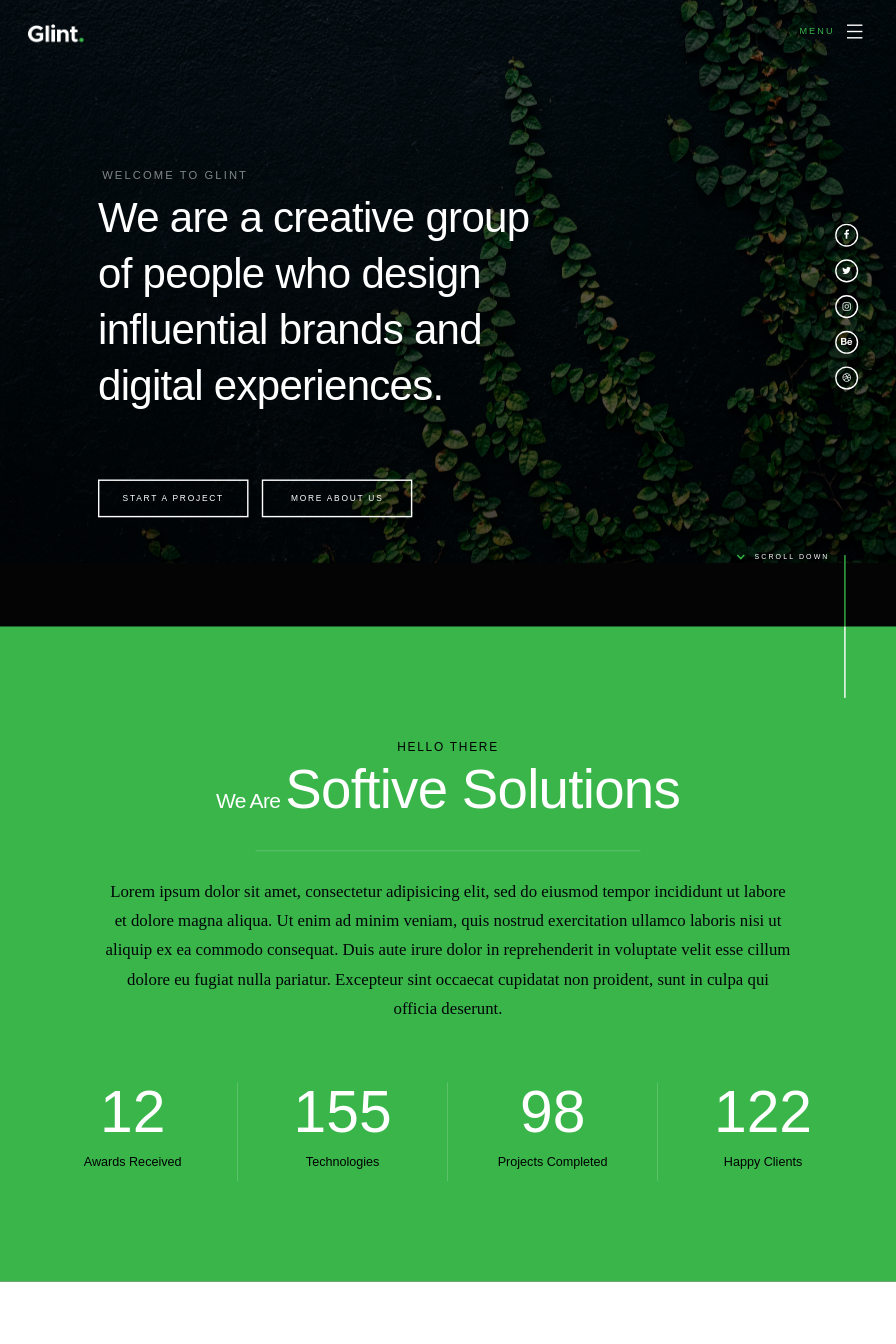
Repository: ahsankalim09/light-Agency
Page: index.html
These files come from the project's save history. The page is drawn as it stood at one moment and after the next save; the edit follows.
The browser window is 1280 px wide. The pictures show the part of the page from y = 0 to 1920 px (the page is 8556 px tall), at 70% of full size.
Some web fonts or font styles are not loaded; a fallback is used.

Above is the page before, as saved 2020-12-27 18:57:29.

### index.html
<!DOCTYPE html>
<!--[if lt IE 9 ]><html class="no-js oldie" lang="en"> <![endif]-->
<!--[if IE 9 ]><html class="no-js oldie ie9" lang="en"> <![endif]-->
<!--[if (gte IE 9)|!(IE)]><!-->
<html class="no-js" lang="en">
<!--<![endif]-->

<!-- Mirrored from preview.colorlib.com/theme/glint/ by HTTrack Website Copier/3.x [XR&CO'2014], Sun, 27 Dec 2020 13:01:51 GMT -->
<head>

<meta charset="utf-8">
<title>Glint</title>
<meta name="description" content="">
<meta name="author" content="">

<meta name="viewport" content="width=device-width, initial-scale=1">

<link rel="stylesheet" href="css/base.css">
<link rel="stylesheet" href="css/vendor.css">
<link rel="stylesheet" href="css/main.css">

<script src="js/modernizr.js"></script>
<script src="js/pace.min.js"></script>

<link rel="shortcut icon" href="favicon.ico" type="image/x-icon">
<link rel="icon" href="favicon.ico" type="image/x-icon">
</head>
<body id="top">

<header class="s-header">
<div class="header-logo">
<a class="site-logo" href="index-2.html">
<img src="images/logo.png" alt="Homepage">
</a>
</div>
<nav class="header-nav">
<a href="#0" class="header-nav__close" title="close"><span>Close</span></a>
<div class="header-nav__content">
<h3>Navigation</h3>
<ul class="header-nav__list">
<li class="current"><a class="smoothscroll" href="#home" title="home">Home</a></li>
<li><a class="smoothscroll" href="#about" title="about">About</a></li>
<li><a class="smoothscroll" href="#services" title="services">Services</a></li>
<li><a class="smoothscroll" href="#works" title="works">Works</a></li>
<li><a class="smoothscroll" href="#clients" title="clients">Clients</a></li>
<li><a class="smoothscroll" href="#contact" title="contact">Contact</a></li>
</ul>
<p>Perspiciatis hic praesentium nesciunt. Et neque a dolorum <a href='#0'>voluptatem</a> porro iusto sequi veritatis libero enim. Iusto id suscipit veritatis neque reprehenderit.</p>
<ul class="header-nav__social">
<li>
<a href="#"><i class="fa fa-facebook"></i></a>
</li>
<li>
<a href="#"><i class="fa fa-twitter"></i></a>
</li>
<li>
<a href="#"><i class="fa fa-instagram"></i></a>
</li>
<li>
<a href="#"><i class="fa fa-behance"></i></a>
</li>
<li>
<a href="#"><i class="fa fa-dribbble"></i></a>
</li>
</ul>
</div>
</nav>
<a class="header-menu-toggle" href="#0">
<span class="header-menu-text">Menu</span>
<span class="header-menu-icon"></span>
</a>
</header>

<section id="home" class="s-home target-section" data-parallax="scroll" data-image-src="images/hero-bg.jpg" data-natural-width=3000 data-natural-height=2000 data-position-y=center>
<div class="overlay"></div>
<div class="shadow-overlay"></div>
<div class="home-content">
<div class="row home-content__main">
<h3>Welcome to Glint</h3>
<h1>
We are a creative group <br>
of people who design <br>
influential brands and <br>
digital experiences.
</h1>
<div class="home-content__buttons">
<a href="#contact" class="smoothscroll btn btn--stroke">
Start a Project
</a>
<a href="#about" class="smoothscroll btn btn--stroke">
More About Us
</a>
</div>
</div>
<div class="home-content__scroll">
<a href="#about" class="scroll-link smoothscroll">
<span>Scroll Down</span>
</a>
</div>
<div class="home-content__line"></div>
</div>
<ul class="home-social">
<li>
<a href="#0"><i class="fa fa-facebook" aria-hidden="true"></i><span>Facebook</span></a>
</li>
<li>
<a href="#0"><i class="fa fa-twitter" aria-hidden="true"></i><span>Twiiter</span></a>
</li>
<li>
<a href="#0"><i class="fa fa-instagram" aria-hidden="true"></i><span>Instagram</span></a>
</li>
<li>
<a href="#0"><i class="fa fa-behance" aria-hidden="true"></i><span>Behance</span></a>
</li>
<li>
<a href="#0"><i class="fa fa-dribbble" aria-hidden="true"></i><span>Dribbble</span></a>
</li>
</ul>

</section>

<section id='about' class="s-about">
<div class="row section-header has-bottom-sep" data-aos="fade-up">
<div class="col-full">
<h3 class="subhead subhead--dark">Hello There</h3>
<h1 class="display-1 display-1--light"> <span style="font-size: 30px;" > We Are </span>Softive Solutions</h1>
</div>
</div>
<div class="row about-desc" data-aos="fade-up">
<div class="col-full">
<p>
Lorem ipsum dolor sit amet, consectetur adipisicing elit, sed do eiusmod tempor incididunt ut labore et dolore magna aliqua. Ut enim ad minim veniam, quis nostrud exercitation ullamco laboris nisi ut aliquip ex ea commodo consequat. Duis aute irure dolor in reprehenderit in voluptate velit esse cillum dolore eu fugiat nulla pariatur. Excepteur sint occaecat cupidatat non proident, sunt in culpa qui officia deserunt.
</p>
</div>
</div>
<div class="row about-stats stats block-1-4 block-m-1-2 block-mob-full" data-aos="fade-up">
<div class="col-block stats__col ">
<div class="stats__count">12</div>
<h5>Awards Received</h5>
</div>
<div class="col-block stats__col">
<div class="stats__count">155</div>
<h5>Technologies</h5>
</div>
<div class="col-block stats__col">
<div class="stats__count">98</div>
<h5>Projects Completed</h5>
</div>
<div class="col-block stats__col">
<div class="stats__count">122</div>
<h5>Happy Clients</h5>
</div>
</div>
<div class="about__line"></div>
</section>

<section id='services' class="s-services">
<div class="row section-header has-bottom-sep" data-aos="fade-up">
<div class="col-full">
<h3 class="subhead">What We Do</h3>
<h1 class="display-2">We’ve got everything you need to launch and grow your business</h1>
</div>
</div>
<div class="row services-list block-1-2 block-tab-full">
<div class="col-block service-item" data-aos="fade-up">
<div class="service-icon">
<i class="icon-paint-brush"></i>
</div>
<div class="service-text">
<h3 class="h2">Brand Identity</h3>
<p>Nemo cupiditate ab quibusdam quaerat impedit magni. Earum suscipit ipsum laudantium.
Quo delectus est. Maiores voluptas ab sit natus veritatis ut. Debitis nulla cumque veritatis.
Sunt suscipit voluptas ipsa in tempora esse soluta sint.
</p>
</div>
</div>
<div class="col-block service-item" data-aos="fade-up">
<div class="service-icon">
<i class="icon-group"></i>
</div>
<div class="service-text">
<h3 class="h2">Illustration</h3>
<p>Nemo cupiditate ab quibusdam quaerat impedit magni. Earum suscipit ipsum laudantium.
Quo delectus est. Maiores voluptas ab sit natus veritatis ut. Debitis nulla cumque veritatis.
Sunt suscipit voluptas ipsa in tempora esse soluta sint.
</p>
</div>
</div>
<div class="col-block service-item" data-aos="fade-up">
<div class="service-icon">
<i class="icon-megaphone"></i>
</div>
<div class="service-text">
<h3 class="h2">Marketing</h3>
<p>Nemo cupiditate ab quibusdam quaerat impedit magni. Earum suscipit ipsum laudantium.
Quo delectus est. Maiores voluptas ab sit natus veritatis ut. Debitis nulla cumque veritatis.
Sunt suscipit voluptas ipsa in tempora esse soluta sint.
</p>
</div>
</div>
<div class="col-block service-item" data-aos="fade-up">
<div class="service-icon">
<i class="icon-earth"></i>
</div>
<div class="service-text">
<h3 class="h2">Web Design</h3>
<p>Nemo cupiditate ab quibusdam quaerat impedit magni. Earum suscipit ipsum laudantium.
Quo delectus est. Maiores voluptas ab sit natus veritatis ut. Debitis nulla cumque veritatis.
Sunt suscipit voluptas ipsa in tempora esse soluta sint.
</p>
</div>
</div>
<div class="col-block service-item" data-aos="fade-up">
<div class="service-icon">
<i class="icon-cube"></i>
</div>
<div class="service-text">
<h3 class="h2">Packaging Design</h3>
<p>Nemo cupiditate ab quibusdam quaerat impedit magni. Earum suscipit ipsum laudantium.
Quo delectus est. Maiores voluptas ab sit natus veritatis ut. Debitis nulla cumque veritatis.
Sunt suscipit voluptas ipsa in tempora esse soluta sint.
</p>
</div>
</div>
<div class="col-block service-item" data-aos="fade-up">
<div class="service-icon"><i class="icon-lego-block"></i></div>
<div class="service-text">
<h3 class="h2">Web Development</h3>
<p>Nemo cupiditate ab quibusdam quaerat impedit magni. Earum suscipit ipsum laudantium.
Quo delectus est. Maiores voluptas ab sit natus veritatis ut. Debitis nulla cumque veritatis.
Sunt suscipit voluptas ipsa in tempora esse soluta sint.
</p>
</div>
</div>
</div>
</section>

<section id='works' class="s-works">
<div class="intro-wrap">
<div class="row section-header has-bottom-sep light-sep" data-aos="fade-up">
<div class="col-full">
<h3 class="subhead">Recent Works</h3>
<h1 class="display-2 display-2--light">We love what we do, check out some of our latest works</h1>
</div>
</div>
</div>
<div class="row works-content">
<div class="col-full masonry-wrap">
<div class="masonry">
<div class="masonry__brick" data-aos="fade-up">
<div class="item-folio">
<div class="item-folio__thumb">
<a href="images/portfolio/gallery/g-shutterbug.jpg" class="thumb-link" title="Shutterbug" data-size="1050x700">
<img src="images/portfolio/lady-shutterbug.jpg" srcset="images/portfolio/lady-shutterbug.jpg 1x, images/portfolio/lady-shutterbug@2x.jpg 2x" alt="">
</a>
</div>
<div class="item-folio__text">
<h3 class="item-folio__title">
Shutterbug
</h3>
<p class="item-folio__cat">
Branding
</p>
</div>
<a href="https://www.behance.net/" class="item-folio__project-link" title="Project link">
<i class="icon-link"></i>
</a>
<div class="item-folio__caption">
<p>Vero molestiae sed aut natus excepturi. Et tempora numquam. Temporibus iusto quo.Unde dolorem corrupti neque nisi.</p>
</div>
</div>
</div>
<div class="masonry__brick" data-aos="fade-up">
<div class="item-folio">
<div class="item-folio__thumb">
<a href="images/portfolio/gallery/g-woodcraft.jpg" class="thumb-link" title="Woodcraft" data-size="1050x700">
<img src="images/portfolio/woodcraft.jpg" srcset="images/portfolio/woodcraft.jpg 1x, images/portfolio/woodcraft@2x.jpg 2x" alt="">
</a>
</div>
<div class="item-folio__text">
<h3 class="item-folio__title">
Woodcraft
</h3>
<p class="item-folio__cat">
Web Design
</p>
</div>
<a href="https://www.behance.net/" class="item-folio__project-link" title="Project link">
<i class="icon-link"></i>
</a>
<div class="item-folio__caption">
<p>Vero molestiae sed aut natus excepturi. Et tempora numquam. Temporibus iusto quo.Unde dolorem corrupti neque nisi.</p>
</div>
</div>
</div>
<div class="masonry__brick" data-aos="fade-up">
<div class="item-folio">
<div class="item-folio__thumb">
<a href="images/portfolio/gallery/g-beetle.jpg" class="thumb-link" title="The Beetle Car" data-size="1050x700">
<img src="images/portfolio/the-beetle.jpg" srcset="images/portfolio/the-beetle.jpg 1x, images/portfolio/the-beetle@2x.jpg 2x" alt="">
</a>
</div>
<div class="item-folio__text">
<h3 class="item-folio__title">
The Beetle
</h3>
<p class="item-folio__cat">
Web Development
</p>
</div>
<a href="https://www.behance.net/" class="item-folio__project-link" title="Project link">
<i class="icon-link"></i>
</a>
<div class="item-folio__caption">
<p>Vero molestiae sed aut natus excepturi. Et tempora numquam. Temporibus iusto quo.Unde dolorem corrupti neque nisi.</p>
</div>
</div>
</div>
<div class="masonry__brick" data-aos="fade-up">
<div class="item-folio">
<div class="item-folio__thumb">
<a href="images/portfolio/gallery/g-grow-green.jpg" class="thumb-link" title="Grow Green" data-size="1050x700">
<img src="images/portfolio/grow-green.jpg" srcset="images/portfolio/grow-green.jpg 1x, images/portfolio/grow-green@2x.jpg 2x" alt="">
</a>
</div>
<div class="item-folio__text">
<h3 class="item-folio__title">
Grow Green
</h3>
<p class="item-folio__cat">
Branding
</p>
</div>
<a href="https://www.behance.net/" class="item-folio__project-link" title="Project link">
<i class="icon-link"></i>
</a>
<div class="item-folio__caption">
<p>Vero molestiae sed aut natus excepturi. Et tempora numquam. Temporibus iusto quo.Unde dolorem corrupti neque nisi.</p>
</div>
</div>
</div>
<div class="masonry__brick" data-aos="fade-up">
<div class="item-folio">
<div class="item-folio__thumb">
<a href="images/portfolio/gallery/g-guitarist.jpg" class="thumb-link" title="Guitarist" data-size="1050x700">
<img src="images/portfolio/guitarist.jpg" srcset="images/portfolio/guitarist.jpg 1x, images/portfolio/guitarist@2x.jpg 2x" alt="">
</a>
</div>
<div class="item-folio__text">
<h3 class="item-folio__title">
Guitarist
</h3>
<p class="item-folio__cat">
Web Design
</p>
</div>
<a href="https://www.behance.net/" class="item-folio__project-link" title="Project link">
<i class="icon-link"></i>
</a>
<div class="item-folio__caption">
<p>Vero molestiae sed aut natus excepturi. Et tempora numquam. Temporibus iusto quo.Unde dolorem corrupti neque nisi.</p>
</div>
</div>
</div>
<div class="masonry__brick" data-aos="fade-up">
<div class="item-folio">
<div class="item-folio__thumb">
<a href="images/portfolio/gallery/g-palmeira.jpg" class="thumb-link" title="Palmeira" data-size="1050x700">
<img src="images/portfolio/palmeira.jpg" srcset="images/portfolio/palmeira.jpg 1x, images/portfolio/palmeira@2x.jpg 2x" alt="">
 </a>
</div>
<div class="item-folio__text">
<h3 class="item-folio__title">
Palmeira
</h3>
<p class="item-folio__cat">
Web Design
</p>
</div>
<a href="https://www.behance.net/" class="item-folio__project-link" title="Project link">
<i class="icon-link"></i>
</a>
<div class="item-folio__caption">
<p>Vero molestiae sed aut natus excepturi. Et tempora numquam. Temporibus iusto quo.Unde dolorem corrupti neque nisi.</p>
</div>
</div>
</div>
</div>
</div>
</div>
</section>

<section id="clients" class="s-clients">
<div class="row section-header" data-aos="fade-up">
<div class="col-full">
<h3 class="subhead">Our Clients</h3>
<h1 class="display-2">Glint has been honored to
partner up with these clients</h1>
</div>
</div>
<div class="row clients-outer" data-aos="fade-up">
<div class="col-full">
<div class="clients">
<a href="#0" title="" class="clients__slide"><img src="images/clients/apple.png" /></a>
<a href="#0" title="" class="clients__slide"><img src="images/clients/atom.png" /></a>
<a href="#0" title="" class="clients__slide"><img src="images/clients/blackberry.png" /></a>
<a href="#0" title="" class="clients__slide"><img src="images/clients/dropbox.png" /></a>
<a href="#0" title="" class="clients__slide"><img src="images/clients/envato.png" /></a>
<a href="#0" title="" class="clients__slide"><img src="images/clients/firefox.png" /></a>
<a href="#0" title="" class="clients__slide"><img src="images/clients/joomla.png" /></a>
<a href="#0" title="" class="clients__slide"><img src="images/clients/magento.png" /></a>
</div>
</div>
</div>
<div class="row clients-testimonials" data-aos="fade-up">
<div class="col-full">
<div class="testimonials">
<div class="testimonials__slide">
<p>Qui ipsam temporibus quisquam vel. Maiores eos cumque distinctio nam accusantium ipsum.
Laudantium quia consequatur molestias delectus culpa facere hic dolores aperiam. Accusantium quos qui praesentium corpori.
Excepturi nam cupiditate culpa doloremque deleniti repellat.</p>
<img src="images/avatars/user-01.jpg" alt="Author image" class="testimonials__avatar">
<div class="testimonials__info">
<span class="testimonials__name">Tim Cook</span>
<span class="testimonials__pos">CEO, Apple</span>
</div>
</div>
<div class="testimonials__slide">
<p>Excepturi nam cupiditate culpa doloremque deleniti repellat. Veniam quos repellat voluptas animi adipisci.
Nisi eaque consequatur. Quasi voluptas eius distinctio. Atque eos maxime. Qui ipsam temporibus quisquam vel.</p>
<img src="images/avatars/user-05.jpg" alt="Author image" class="testimonials__avatar">
<div class="testimonials__info">
<span class="testimonials__name">Sundar Pichai</span>
<span class="testimonials__pos">CEO, Google</span>
</div>
</div>
<div class="testimonials__slide">
<p>Repellat dignissimos libero. Qui sed at corrupti expedita voluptas odit. Nihil ea quia nesciunt. Ducimus aut sed ipsam.
Autem eaque officia cum exercitationem sunt voluptatum accusamus. Quasi voluptas eius distinctio.</p>
<img src="images/avatars/user-02.jpg" alt="Author image" class="testimonials__avatar">
<div class="testimonials__info">
<span class="testimonials__name">Satya Nadella</span>
<span class="testimonials__pos">CEO, Microsoft</span>
</div>
</div>
</div>
</div>
</div>
</section>

<section id="contact" class="s-contact">
<div class="overlay"></div>
<div class="contact__line"></div>
<div class="row section-header" data-aos="fade-up">
<div class="col-full">
<h3 class="subhead">Contact Us</h3>
<h1 class="display-2 display-2--light">Reach out for a new project or just say hello</h1>
</div>
</div>
<div class="row contact-content" data-aos="fade-up">
<div class="contact-primary">
<h3 class="h6">Send Us A Message</h3>
<form name="contactForm" id="contactForm" method="post" action="#" novalidate="novalidate">
<fieldset>
<div class="form-field">
<input name="contactName" type="text" id="contactName" placeholder="Your Name" value="" minlength="2" required="" aria-required="true" class="full-width">
</div>
<div class="form-field">
<input name="contactEmail" type="email" id="contactEmail" placeholder="Your Email" value="" required="" aria-required="true" class="full-width">
</div>
<div class="form-field">
<input name="contactSubject" type="text" id="contactSubject" placeholder="Subject" value="" class="full-width">
</div>
<div class="form-field">
<textarea name="contactMessage" id="contactMessage" placeholder="Your Message" rows="10" cols="50" required="" aria-required="true" class="full-width"></textarea>
</div>
<div class="form-field">
<button class="full-width btn--primary">Submit</button>
<div class="submit-loader">
<div class="text-loader">Sending...</div>
<div class="s-loader">
<div class="bounce1"></div>
<div class="bounce2"></div>
<div class="bounce3"></div>
</div>
</div>
</div>
</fieldset>
</form>

<div class="message-warning">
Something went wrong. Please try again.
</div>

 <div class="message-success">
Your message was sent, thank you!<br>
</div>
</div>
<div class="contact-secondary">
<div class="contact-info">
<h3 class="h6 hide-on-fullwidth">Contact Info</h3>
<div class="cinfo">
<h5>Where to Find Us</h5>
<p>
1600 Amphitheatre Parkway<br>
Mountain View, CA<br>
94043 US
</p>
</div>
<div class="cinfo">
<h5>Email Us At</h5>
<p>
<a href="https://preview.colorlib.com/cdn-cgi/l/email-protection" class="__cf_email__" data-cfemail="15767a7b617476615572797c7b61667c61703b767a78">[email&#160;protected]</a><br>
<a href="https://preview.colorlib.com/cdn-cgi/l/email-protection" class="__cf_email__" data-cfemail="4e272028210e292227203a3d273a2b602d2123">[email&#160;protected]</a>
</p>
</div>
<div class="cinfo">
<h5>Call Us At</h5>
<p>
Phone: (+63) 555 1212<br>
Mobile: (+63) 555 0100<br>
Fax: (+63) 555 0101
</p>
</div>
<ul class="contact-social">
<li>
<a href="#"><i class="fa fa-facebook" aria-hidden="true"></i></a>
</li>
<li>
<a href="#"><i class="fa fa-twitter" aria-hidden="true"></i></a>
</li>
<li>
<a href="#"><i class="fa fa-instagram" aria-hidden="true"></i></a>
</li>
<li>
<a href="#"><i class="fa fa-behance" aria-hidden="true"></i></a>
</li>
<li>
<a href="#"><i class="fa fa-dribbble" aria-hidden="true"></i></a>
</li>
</ul>
</div>
</div>
</div>
</section>

<footer>
<div class="row footer-main">
<div class="col-six tab-full left footer-desc">
<div class="footer-logo"></div>
Proin eget tortor risus. Mauris blandit aliquet elit, eget tincidunt nibh pulvinar a. Praesent sapien massa, convallis a pellentesque nec, egestas non nisi. Mauris blandit aliquet elit, eget tincidunt nibh pulvinar a. Nulla porttitor accumsan tincidunt. Nulla porttitor accumsan tincidunt. Quaerat voluptas autem necessitatibus vitae aut.
</div>
<div class="col-six tab-full right footer-subscribe">
<h4>Get Notified</h4>
<p>Quia quo qui sed odit. Quaerat voluptas autem necessitatibus vitae aut non alias sed quia. Ut itaque enim optio ut excepturi deserunt iusto porro.</p>
<div class="subscribe-form">
<form id="mc-form" class="group" novalidate="true">
<input type="email" value="" name="EMAIL" class="email" id="mc-email" placeholder="Email Address" required="">
<input type="submit" name="subscribe" value="Subscribe">
<label for="mc-email" class="subscribe-message"></label>
</form>
</div>
</div>
</div>
<div class="row footer-bottom">
<div class="col-twelve">
<div class="copyright">
<span>© Copyright Glint 2017</span>
<span>Site Template by <a href="https://www.colorlib.com/">Colorlib</a></span>
</div>
<div class="go-top">
<a class="smoothscroll" title="Back to Top" href="#top"><i class="icon-arrow-up" aria-hidden="true"></i></a>
</div>
</div>
</div>
</footer>

<div aria-hidden="true" class="pswp" role="dialog" tabindex="-1">
<div class="pswp__bg"></div>
<div class="pswp__scroll-wrap">
<div class="pswp__container">
<div class="pswp__item"></div>
<div class="pswp__item"></div>
<div class="pswp__item"></div>
</div>
<div class="pswp__ui pswp__ui--hidden">
<div class="pswp__top-bar">
<div class="pswp__counter"></div><button class="pswp__button pswp__button--close" title="Close (Esc)"></button> <button class="pswp__button pswp__button--share" title="Share"></button> <button class="pswp__button pswp__button--fs" title="Toggle fullscreen"></button> <button class="pswp__button pswp__button--zoom" title="Zoom in/out"></button>
<div class="pswp__preloader">
<div class="pswp__preloader__icn">
<div class="pswp__preloader__cut">
<div class="pswp__preloader__donut"></div>
</div>
</div>
</div>
</div>
<div class="pswp__share-modal pswp__share-modal--hidden pswp__single-tap">
<div class="pswp__share-tooltip"></div>
</div><button class="pswp__button pswp__button--arrow--left" title="Previous (arrow left)"></button> <button class="pswp__button pswp__button--arrow--right" title="Next (arrow right)"></button>
<div class="pswp__caption">
<div class="pswp__caption__center"></div>
</div>
</div>
</div>
</div>

<div id="preloader">
<div id="loader">
<div class="line-scale-pulse-out">
<div></div>
<div></div>
<div></div>
<div></div>
<div></div>
</div>
</div>
</div>

<script data-cfasync="false" src="../../cdn-cgi/scripts/5c5dd728/cloudflare-static/email-decode.min.js"></script><script src="js/jquery-3.2.1.min.js"></script>
<script src="js/plugins.js"></script>
<script src="js/main.js"></script>
</body>

<!-- Mirrored from preview.colorlib.com/theme/glint/ by HTTrack Website Copier/3.x [XR&CO'2014], Sun, 27 Dec 2020 13:02:02 GMT -->
</html>

Loaded but not shown: css/base.css (library); css/vendor.css (library); css/main.css (library); js/modernizr.js (library); js/pace.min.js (library); css/font-awesome/css/font-awesome.min.css (library); css/micons/micons.css (library); js/jquery-3.2.1.min.js (library); js/plugins.js (library); js/main.js (library)

After the next save:
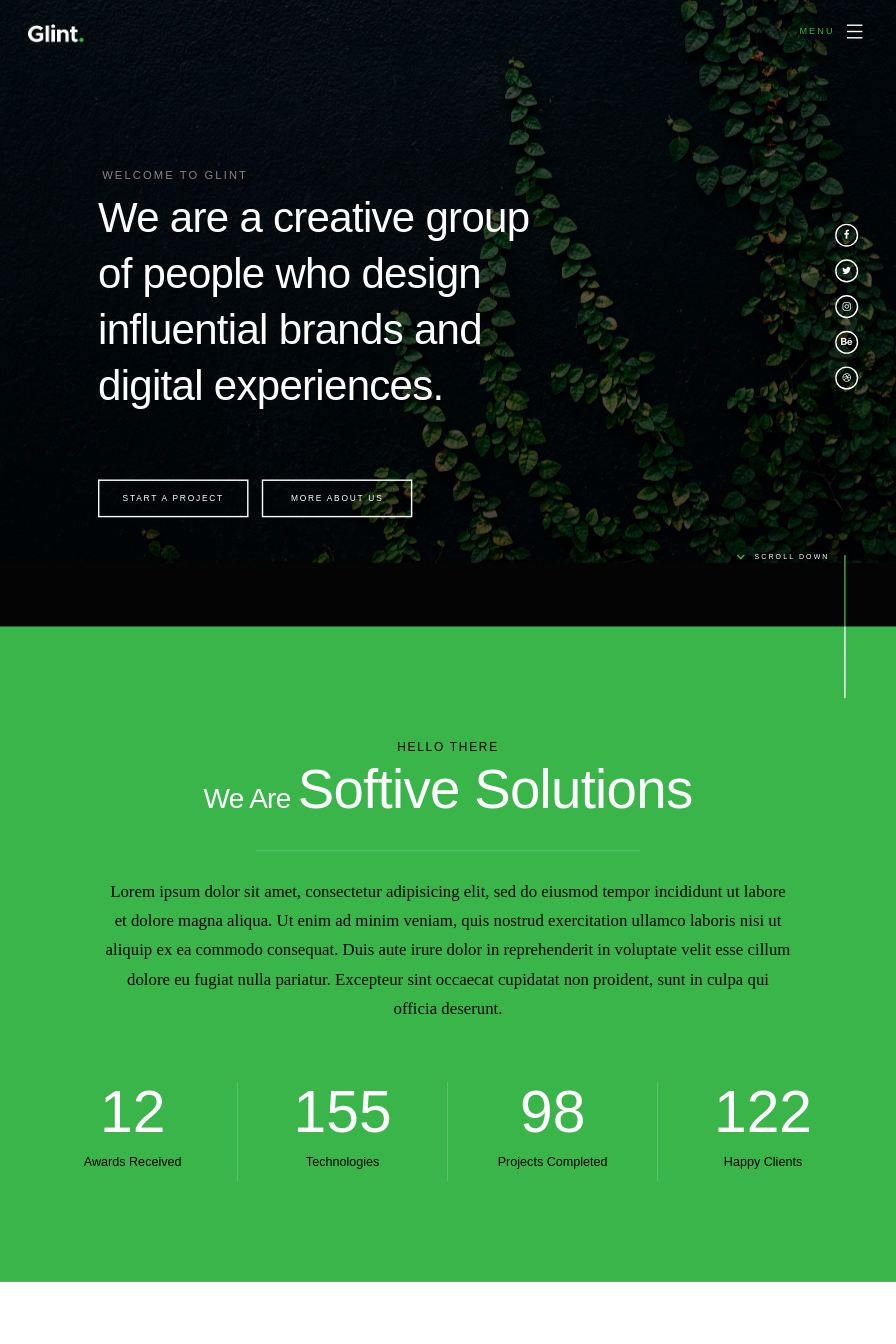
Saved 10 s later.
--- a/index.html
+++ b/index.html
@@ -123,7 +123,7 @@ More About Us
 <div class="row section-header has-bottom-sep" data-aos="fade-up">
 <div class="col-full">
 <h3 class="subhead subhead--dark">Hello There</h3>
-<h1 class="display-1 display-1--light"> <span style="font-size: 30px;" > We Are </span>Softive Solutions</h1>
+<h1 class="display-1 display-1--light"> <span style="font-size: 40px;" > We Are </span>Softive Solutions</h1>
 </div>
 </div>
 <div class="row about-desc" data-aos="fade-up">
